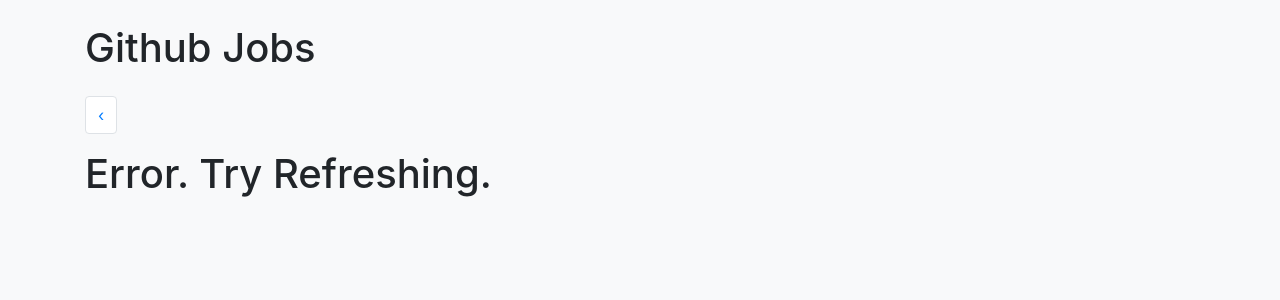
Repository: Nakamurus/github_jobs_react_hooks_typescript
Page: /
An editor plug-in stored every save of this project. The page is shown before and after the next save, followed by the edit.
The browser window is 1280 px wide. The pictures show the whole page.
The page's requests for data from a server got no answer. The project was rebuilt for these pictures with package versions that can differ from the ones it lists, and the page was loaded fresh each time. No one was signed in, and anything a server would have sent is missing. Also part of the build but not shown: src/Job.tsx.

Above is the page before, as saved 2021-02-07 14:10:53.

After the next save:
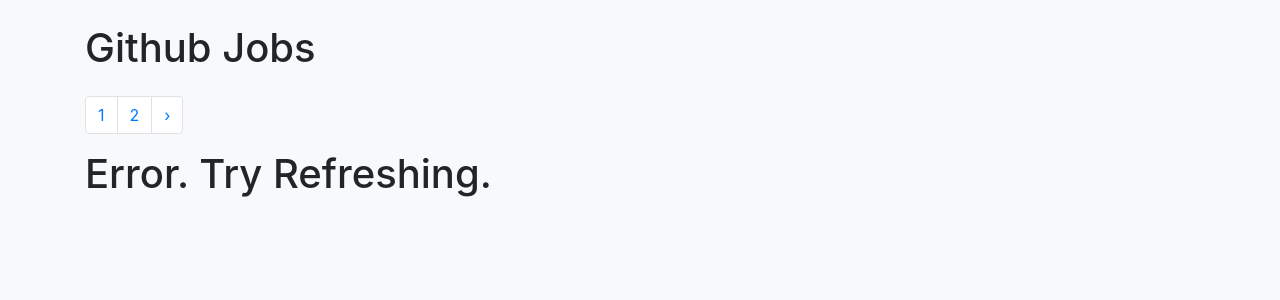
Saved 2 min 36 s later.
--- a/src/JobsPagination.tsx
+++ b/src/JobsPagination.tsx
@@ -4,7 +4,11 @@
 export default function JobsPagination({ page, setPage }: any) {
     return (
         <Pagination>
-            <Pagination.Prev />
+            { page !== 1 && <Pagination.Prev />}
+            { page !== 1 && <Pagination.Item> { page - 1}</Pagination.Item>}
+            <Pagination.Item> { page }</Pagination.Item>
+            <Pagination.Item> { page + 1}</Pagination.Item>
+            <Pagination.Next />
         </Pagination>
     )
 }
